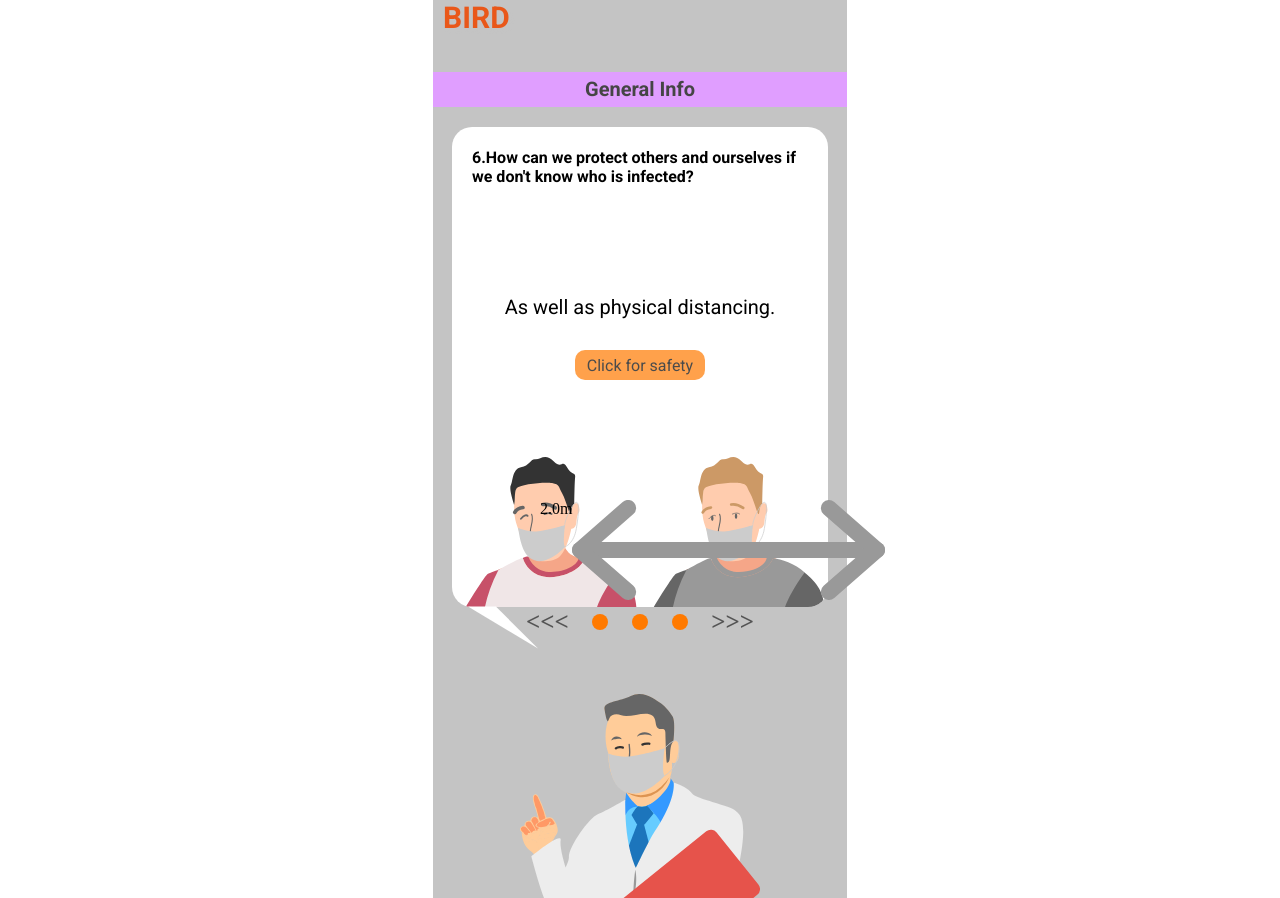
Repository: Levic559/BIRD
Page: General_info-6/3.html
These files come from the project's save history. The page is drawn as it stood at one moment and after the next save; the edit follows.
The browser window is 1280 px wide. The pictures show the whole page.

Above is the page before, as saved 2021-03-11 01:21:36.
Console error: TypeError: Cannot read properties of null (reading 'style')

### General_info-6/3.html
<!DOCTYPE html>
<html lang="en">
<head>
  <meta charset="UTF-8">
  <meta http-equiv="X-UA-Compatible" content="IE=edge">
  <meta name="viewport" content="width=device-width, initial-scale=1.0">
  <title>General Info 6-3</title>
  <link rel="stylesheet" href="../4-6styles/mystyle.css">
  <link rel="preconnect" href="https://fonts.gstatic.com">
  <link href="https://fonts.googleapis.com/css2?family=Roboto:wght@100;400;700&display=swap" rel="stylesheet">
</head>
<body>
  <div class="wrap">
    <div class="pages">
      <div class="header"></div>
      <div class="banner"></div>
      <div class="infographic">
        <h4 class="infographicQ">
          6.How can we protect others and ourselves if we don't know who is infected?
        </h4>
        <p class="infographicText">
          As well as physical distancing.
        </p>

        <div class="scContainer">
          <div class="infographicImg left" id="leftdude">
            <img src="../assets/patient-mask1.svg">
          </div>

          <div class="infographicImg right" id="rightdude">
            <img src="../assets/patient-mask2.svg">
          </div>
        </div>

        <div id="distancing" style="
          opacity: 1;
          position: absolute;
          width: 200px;
          height: 100px;
          top: 500px;
          display: flex;
          justify-content: space-around;
        ">
          2.0m
          <img src="../assets/distancing.svg">
        </div>

        <div class="safetyButton" id="safetyButton" onclick="movedudes()">
          Click for safety
        </div>

      </div>
      <div class="triangle">
        <img src="../assets/chat-triangle.svg" class="triangleimg">
      </div>
      <div class="BtnPages"></div>
      <div class="Speaker">
        <img src="../assets/doctor-hand.svg" onmouseover="HandleDoctorOn()"
        onmouseout="HandleDoctorOut()" class="doctor">
      </div>
    </div>
</div>
</body>
<script src="../4-6styles/1_animations.js"></script>
<script src="../comps/Logo/index.js"></script>
<script src="../comps/Banner/index.js"></script>
<script src="../comps/BtnPages/index.js"></script>
<script src="3.js"></script>
<script>
        function HandleDoctorOn ()
  {
    document.querySelector(".doctor").src ="../assets/doctor.svg"
    document.querySelector(".doctor").style.width = "100%"
    document.querySelector(".doctor").style.height = "100%"
  }
  function HandleDoctorOut ()
  {
    document.querySelector(".doctor").src ="../assets/doctor-hand.svg"
    document.querySelector(".doctor").style.width = ""
    document.querySelector(".doctor").style.height = ""
  }
</script>
</html>

### 4-6styles/mystyle.css
body {
  margin: 0;
  padding: 0;
}

.wrap{
  width: 100vw;
  height: 100vh;
  box-sizing: border-box;
  position: relative;
  display: flex;
  flex-direction: row;
}
.pages{
  margin: 0 auto;
  width: 414px;
  height: 898px;
  display: flex;
  flex-direction: column;
  background-color: #C4C4C4;
  overflow: hidden;
}
.header{
  width: 414px;
  height: 85px;
  padding-left: 10px;
}
.banner{
  width: 414px;
  height: 35px;
  margin: 0 ;
  padding: 0;
}
.bgcWhite{
  background-color: #fff;
}

.infographic {
  width: 376px;
  min-height: 480px;
  max-height: 480px;
  margin-top: 20px;
  background-color: white;
  border-radius: 20px;
  align-self: center;
  display: flex;
  flex-direction: column;
  align-items: center;
  justify-content: space-between;
  overflow: hidden;
}

.triangle {
  width: 70px;
  height: 70px;
  overflow: hidden;
  position: relative;
  left: 35px;
  bottom: 9px;
}

.triangleimg {
  width: 100%;
  height: 100%;
}

.BtnPages {
  align-self: center;
  position: relative;
  bottom: 58px;
}

.Speaker {
  width: 240px;
  height: 240px;
  overflow: hidden;
  align-self: center;
}

.infographicImg {
  width: 240px;
  height: 200px;
  overflow: hidden;
}

.scContainer {
  width: 100%;
  height: 200px;
  display: flex;
  flex-direction: row;
  justify-content: center;
  position: relative;
  top: 50px;
}

.right {
  position: relative;
  left: 0px;
}
.left {
  position: relative;
  right: 0px;
}


.infographicQ {
  font-family: Roboto;
  padding-left: 20px;
  padding-right: 20px;
}

.infographicText {
  font-family: Roboto;
  font-size: 20px;
  padding-left: 20px;
  padding-right: 20px;
}

.safetyButton {
  position: absolute;
  display: flex;
  flex-direction: column;
  justify-content: space-around;
  align-items: center;
  width: 130px;
  height: 30px;
  border-radius: 10px;
  background-color: #FF7A00;
  opacity: 0.7;
  top:350px;
  font-family: Roboto;
  font-size: 16px;
}

.safetyButton:hover
{
  opacity: 1;
}




@keyframes appear {
  0% {
    opacity: 0;
  }
  100% {
    opacity: 1;
  }
}

 @keyframes moveright {
  0% {
    left: 0px;
  }
  100% {
    left: 60px;
  }
}

@keyframes moveleft {
  0% {
    right: 0px;
  }
  100% {
    right: 60px;
  }
}

### 4-6styles/1_animations.js
function virusTwo () {
    var first = document.getElementById("vTwo")
    first.style.WebkitAnimation = "appear 0.5s linear"
    first.style.opacity = 1;
}
function virusThree () {
    var second = document.getElementById("vThree")
    second.style.WebkitAnimation = "appear 0.5s linear"
    second.style.opacity = 1;
}

setTimeout(virusTwo, 2000)
setTimeout(virusThree, 4000)

function maskOn () {
    var patient = document.getElementById("maskon")
    var button = document.getElementById("safetyButton")

    patient.style.WebkitAnimation = "appear 0.5s linear"
    patient.style.opacity = 1;

    button.style.display = "none"
}

function movedudes () {
    var mask1 = document.getElementById("leftdude")
    mask1.style.WebkitAnimation = "moveleft 1s ease-in-out"
    mask1.style.right = "60px"

    var mask2 = document.getElementById("rightdude")
    mask2.style.WebkitAnimation = "moveright 1s ease-in-out"
    mask2.style.left = "60px"

    var button = document.getElementById("safetyButton")
    button.style.display = "none"
}

### comps/Logo/index.js
function LogoUI(fontSize="84",fontWeight="700", Scolor="grey"){
  return`
  <div style="
  font-size:${fontSize}px;
  font-weight:${fontWeight};
  font-family: Roboto;
  position:absolute;
  color:#E95719;
  text-shadow:3px 3px 3px ${Scolor} ;
  transition: opactity 0.3s; left 0.5s;
  opacity:1;
  onmouseover="LogoUI.HandleMouseover(this)";
  onmouseout="LogoUI.HandleMouseout(this)";
  onclick="LogoUI.Handleclick(this)";
  >BIRD</div>

  `
}

LogoUI.HandleMouseover = (el) =>{
  el.style.opacity = 0.75;
}

LogoUI.HandleMouseout = (el) =>{
  el.style.opacity = 1;
}

LogoUI.Handleclick = (el) =>{
  el.style.top = "-20px";
  el.style.fontSize="550%";
}

// export  const Logo = LogoUI();

### comps/Banner/index.js
function BannerUI(text="Covid-19"){
  return`
  <div style="
  width:414px;
  height:35px;
  font-size:20px;
  line-height: 35px;
  text-align: center;
  font-weight:700;
  font-family: Roboto;
  background-color:#E09EFF;
  color:#454545;
  ">${text}</div>

  `
}

// export  const Banner = BannerUI();

### comps/BtnPages/index.js
function BtnPagesUI (circleTwo="#9A9999", circleThree="#9A9999", lastPage="../General_info_structure/General_info-1.html", nextPage="../General_info_structure/General_info-1.html")
{
    return`
        <div style="
            display: flex;
            flex-direction: row;
            max-width: 228px;
            min-width: 228px;
            justify-content: space-between;
            align-items: center;
        ">
            <div style="
                font-size: 25px;
                font-weight: bold;
                color: #545454;
                transition: text-shadow 0.3s;
            "
            onmouseover='BtnPagesUI.HandleMouseOver1(this)'
            onmouseout='BtnPagesUI.HandleMouseOut1(this)'
            onclick='window.location.href="${lastPage}"'
            > <<< </div>

            <div style="
                width: 16px;
                height: 16px;
                border-radius: 50%;
                background-color: #FF7A00;
                transition: border 0.3s;
            "
            onmouseover='BtnPagesUI.HandleMouseOver2(this)'
            onmouseout='BtnPagesUI.HandleMouseOut2(this)'
            onclick='window.location.href="../General_info-1/1.html"'
            ></div>
            <div style="
                width: 16px;
                height: 16px;
                border-radius: 50%;
                background-color: ${circleTwo};
                transition: border 0.3s;
            "
            onmouseover='BtnPagesUI.HandleMouseOver2(this)'
            onmouseout='BtnPagesUI.HandleMouseOut2(this)'
            onclick='window.location.href="../General_info-3/1.html"'
            ></div>
            <div style="
                width: 16px;
                height: 16px;
                border-radius: 50%;
                background-color: ${circleThree};
                transition: border 0.3s;
            "
            onmouseover='BtnPagesUI.HandleMouseOver2(this)'
            onmouseout='BtnPagesUI.HandleMouseOut2(this)'
            onclick='window.location.href="../General_info-5/1.html"'
            ></div>

            <div style ="
                font-size: 25px;
                font-weight: bold;
                color: #545454;
                transition: text-shadow 0.3s;
            "
            onmouseover='BtnPagesUI.HandleMouseOver1(this)'
            onmouseout='BtnPagesUI.HandleMouseOut1(this)'
            onclick='window.location.href="${nextPage}"'
            > >>> </div>
        </div>
    `
}

BtnPagesUI.HandleMouseOver1 = (el) => {
    el.style.textShadow = "0px 0px 3px black"
}

BtnPagesUI.HandleMouseOut1 = (el) => {
    el.style.textShadow = "0px 0px 0px #545454"
}

BtnPagesUI.HandleMouseOver2 = (el) => {
    el.style.border = " 2px solid #545454"
}
BtnPagesUI.HandleMouseOut2 = (el) => {
    el.style.border = " 0px solid #545454"
}



//export const BtnPages = BtnPagesUI()

### General_info-6/3.js
document.querySelector(".header").innerHTML += LogoUI(30,700, "#C4C4C4");
document.querySelector(".banner").innerHTML += BannerUI("General Info")
document.querySelector(".BtnPages").innerHTML += BtnPagesUI("#FF7A00", "#FF7A00", "2.html", "4.html" );

After the next save:
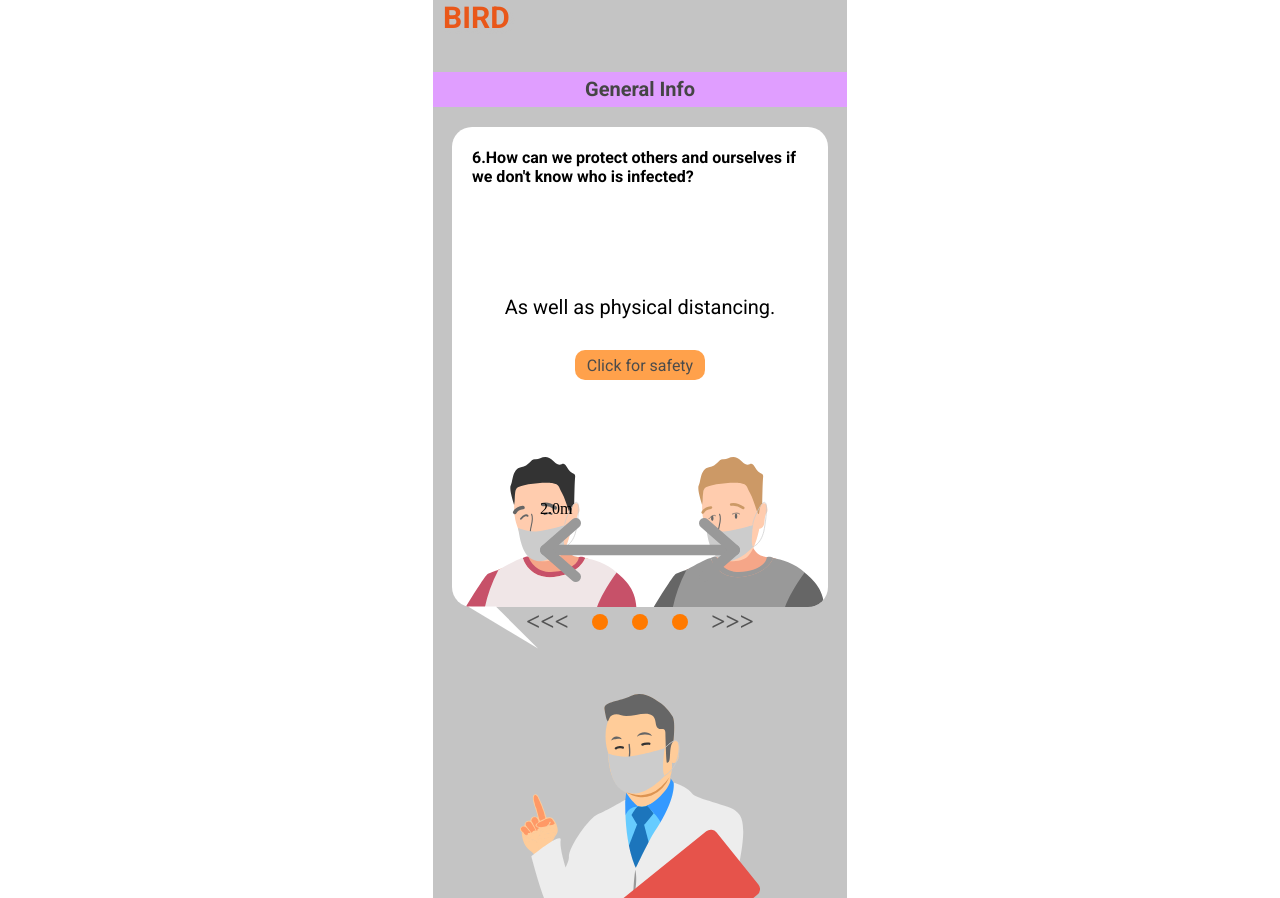
Saved 1 s later.
--- a/General_info-6/3.html
+++ b/General_info-6/3.html
@@ -38,10 +38,11 @@
           width: 200px;
           height: 100px;
           top: 500px;
-          display: flex;
-          justify-content: space-around;
+
         ">
-          2.0m
+          <div>
+            2.0m
+          </div>
           <img src="../assets/distancing.svg">
         </div>
 
